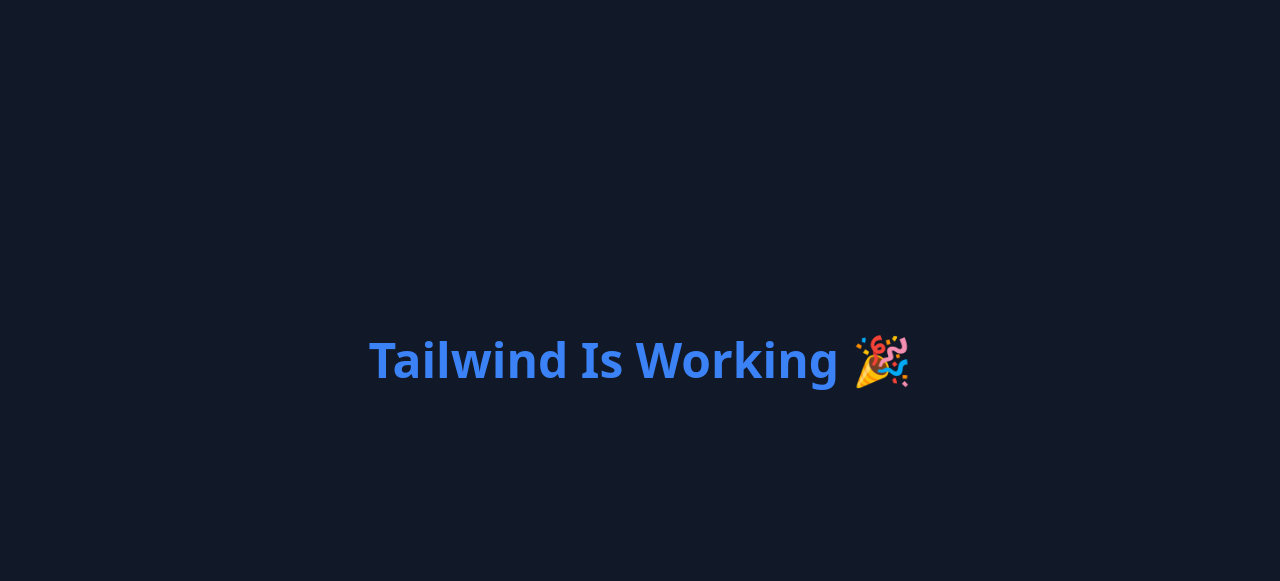
Repository: namandubey-0209/Todo
Page: /login (app in frontend/)
An editor plug-in stored every save of this project. The page is shown before and after a run of saves, followed by the edit.
The browser window is 1280 px wide. The pictures show the whole page.
The page's requests for data from a server got no answer. The project was rebuilt for these pictures with package versions that can differ from the ones it lists, and the page was loaded fresh each time. No one was signed in, and anything a server would have sent is missing. Also part of the build but not shown: frontend/vite.config.js, frontend/src/api/todos.js, frontend/src/hooks/useTodos.js, frontend/src/components/todos/TodoForm.jsx, frontend/src/components/todos/TodoItem.jsx, frontend/src/components/todos/TodoList.jsx, frontend/src/pages/Dashboard.jsx, frontend/src/pages/Register.jsx and 1 more.

Above is the page before, as saved 2025-04-06 23:58:49.

### frontend/index.html
<!doctype html>
<html lang="en">
  <head>
    <meta charset="UTF-8" />
    <link rel="icon" type="image/svg+xml" href="/vite.svg" />
    <meta name="viewport" content="width=device-width, initial-scale=1.0" />
    <title>Todo App</title>

    <!-- Fonts and Icons -->
    <link rel="preconnect" href="https://fonts.googleapis.com" />
    <link rel="preconnect" href="https://fonts.gstatic.com" crossorigin />
    <link
      href="https://fonts.googleapis.com/css2?family=Inter:wght@100..900&family=Press+Start+2P&display=swap"
      rel="stylesheet"
    />
    <link
      rel="stylesheet"
      href="https://cdnjs.cloudflare.com/ajax/libs/font-awesome/6.7.2/css/all.min.css"
      integrity="sha512-Evv84Mr4kqVGRNSgIGL/F/aIDqQb7xQ2vcrdIwxfjThSH8CSR7PBEakCr51Ck+w+/U6swU2Im1vVX0SVk9ABhg=="
      crossorigin="anonymous"
      referrerpolicy="no-referrer"
    />
  </head>
  <body class="bg-gray-100 text-gray-900"> <!-- just a test tailwind class -->
    <div id="root"></div>
    <script type="module" src="/src/main.jsx"></script>
  </body>
</html>

### frontend/src/App.jsx
import { BrowserRouter, Routes, Route } from 'react-router-dom'
import { AuthProvider } from './context/AuthContext'
import Dashboard from './pages/Dashboard'
import Login from './pages/Login'
import Register from './pages/Register'
import ProtectedRoute from './pages/ProtectedRoute'

export default function App() {
  return (
    <div className="min-h-screen bg-gray-900 text-white flex items-center justify-center">
    <h1 className="text-5xl font-bold text-blue-500">Tailwind Is Working 🎉</h1>
  </div>
    // <AuthProvider>
    //   <BrowserRouter>
    //     <Routes>
    //       <Route path="/login" element={<Login />} />
    //       <Route path="/register" element={<Register />} />
    //       <Route element={<ProtectedRoute />}>
    //         <Route path="/" element={<Dashboard />} />
    //       </Route>
    //     </Routes>
    //   </BrowserRouter>
    // </AuthProvider>
  )
}

### frontend/tailwind.config.js
/** @type {import('tailwindcss').Config} */
export default {
    content: [
      "./index.html",
      "./src/**/*.{js,jsx,ts,tsx}",
    ],
    theme: {
      extend: {},
    },
    plugins: [],
  };

### frontend/src/context/AuthContext.jsx
import { createContext, useState } from 'react';
import { login as apiLogin, register as apiRegister } from '../api/auth';

export const AuthContext = createContext();

export const AuthProvider = ({ children }) => {
  const [user, setUser] = useState(null);
  const [token, setToken] = useState(localStorage.getItem('token'));

  const login = async (email, password) => {
    try {
      const { data } = await apiLogin({ email, password }); // Make sure this matches your API response
      localStorage.setItem('token', data.token);
      setToken(data.token);
      setUser(data.user);
      return data; // Return the data for handling in the component
    } catch (error) {
      console.error('Login failed:', error);
      throw error; // Re-throw to handle in the component
    }
  };
  const register = async (username, email, password) => {
    const { token, user } = await apiRegister({ username, email, password });
    localStorage.setItem('token', token);
    setToken(token);
    setUser(user);
  };

  const logout = () => {
    localStorage.removeItem('token');
    setToken(null);
    setUser(null);
  };

  return (
    <AuthContext.Provider value={{ user, token, login, register, logout }}>
      {children}
    </AuthContext.Provider>
  );
};

### frontend/src/pages/Login.jsx
import { useState } from 'react';
import { useAuth } from '../hooks/useAuth';
import { useNavigate } from 'react-router-dom'; // Add this import
import AuthForm from '../components/auth/AuthForm';
import AuthToggle from '../components/auth/AuthToggle';

export default function Login() {
  const { login } = useAuth();
  const [error, setError] = useState('');
  const navigate = useNavigate(); // Add this hook

  const handleLogin = async (email, password) => {
    try {
      await login(email, password);
      navigate('/'); // Add this redirect after successful login
    } catch (err) {
      setError('Invalid email or password');
      console.error('Login error:', err); // Add error logging
    }
  };

  return (
    <div className="min-h-screen flex items-center justify-center bg-gray-50">
      <div className="bg-white p-8 rounded shadow-md w-full max-w-md">
        <h1 className="text-2xl font-bold mb-6 text-center">Login</h1>
        <AuthForm isLogin onSubmit={handleLogin} error={error} />
        <AuthToggle isLogin />
      </div>
    </div>
  );
}

### frontend/src/api/auth.js
import api from './axios'

export const register = (userData) => api.post('/auth/register', userData)
export const login = (credentials) => api.post('/auth/login', credentials)
export const logout = () => localStorage.removeItem('token')

### frontend/src/components/auth/AuthForm.jsx
import { useState } from 'react'

export default function AuthForm({ isLogin, onSubmit, error }) {
  const [formData, setFormData] = useState({
    username: '',
    email: '',
    password: ''
  })

  const handleSubmit = (e) => {
    e.preventDefault()
    if (isLogin) {
      onSubmit(formData.email, formData.password)
    } else {
      onSubmit(formData.username, formData.email, formData.password)
    }
  }

  return (
    <form onSubmit={handleSubmit} className="space-y-4">
      {!isLogin && (
        <div>
          <label className="block text-sm font-medium text-gray-700">Username</label>
          <input
            type="text"
            placeholder="Enter username"
            value={formData.username}
            onChange={(e) => setFormData({...formData, username: e.target.value})}
            className="mt-1 block w-full px-3 py-2 border border-gray-300 rounded-md shadow-sm focus:outline-none focus:ring-blue-500 focus:border-blue-500"
            required
          />
        </div>
      )}

      <div>
        <label className="block text-sm font-medium text-gray-700">Email</label>
        <input
          type="email"
          placeholder="Enter email"
          value={formData.email}
          onChange={(e) => setFormData({...formData, email: e.target.value})}
          className="mt-1 block w-full px-3 py-2 border border-gray-300 rounded-md shadow-sm focus:outline-none focus:ring-blue-500 focus:border-blue-500"
          required
        />
      </div>

      <div>
        <label className="block text-sm font-medium text-gray-700">Password</label>
        <input
          type="password"
          placeholder="Enter password"
          value={formData.password}
          onChange={(e) => setFormData({...formData, password: e.target.value})}
          className="mt-1 block w-full px-3 py-2 border border-gray-300 rounded-md shadow-sm focus:outline-none focus:ring-blue-500 focus:border-blue-500"
          required
        />
      </div>

      {error && <p className="text-red-500 text-sm">{error}</p>}

      <button
        type="submit"
        className="w-full flex justify-center py-2 px-4 border border-transparent rounded-md shadow-sm text-sm font-medium text-white bg-blue-600 hover:bg-blue-700 focus:outline-none focus:ring-2 focus:ring-offset-2 focus:ring-blue-500"
      >
        {isLogin ? 'Sign in' : 'Register'}
      </button>
    </form>
  )
}

### frontend/src/components/auth/AuthToggle.jsx
import { Link } from 'react-router-dom'

export default function AuthToggle({ isLogin }) {
  return (
    <p className="mt-4 text-center text-sm text-gray-600">
      {isLogin ? (
        <>Don't have an account? <Link to="/register" className="font-medium text-blue-600 hover:text-blue-500">Register</Link></>
      ) : (
        <>Already have an account? <Link to="/login" className="font-medium text-blue-600 hover:text-blue-500">Login</Link></>
      )}
    </p>
  )
}

### frontend/src/api/axios.js
import axios from 'axios'

const api = axios.create({
  baseURL: import.meta.env.VITE_API_URL || 'http://localhost:5000/api'
})

api.interceptors.request.use(config => {
  const token = localStorage.getItem('token')
  if (token) config.headers.Authorization = `Bearer ${token}`
  return config
})

api.interceptors.response.use(
  response => response,
  error => {
    if (error.response?.status === 401) {
      localStorage.removeItem('token')
      window.location.href = '/login'
    }
    return Promise.reject(error)
  }
)

export default api

Loaded but not shown: frontend/src/main.jsx (common file); frontend/src/index.css (common file); frontend/src/hooks/useAuth.js (common file)

After the next 2 saves:
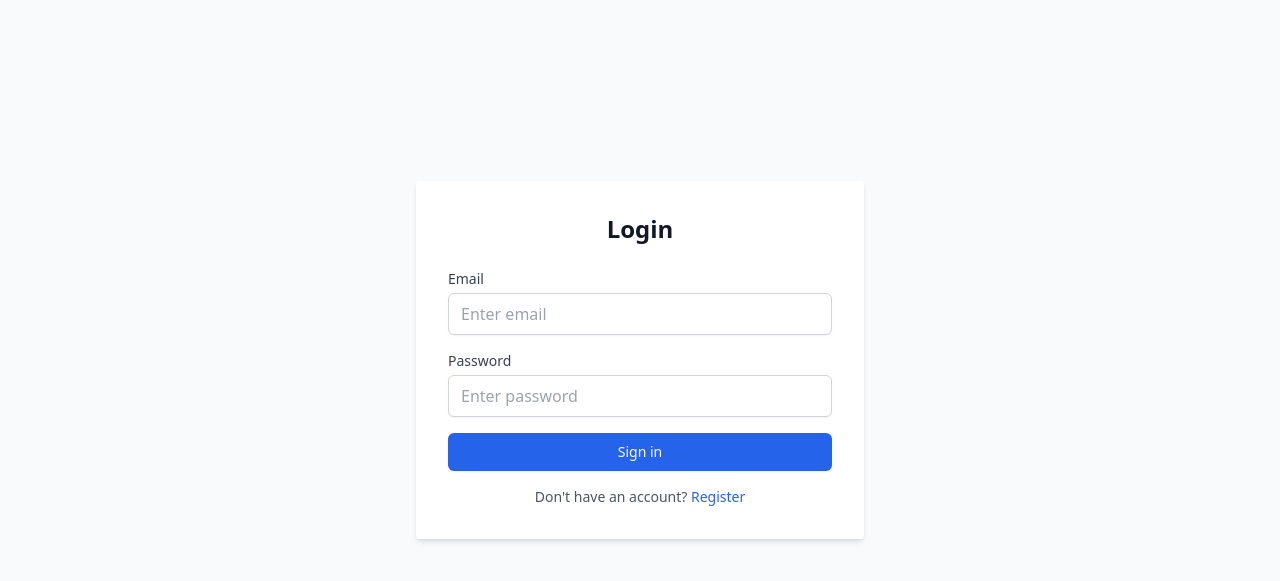
The 2 saves are shown as one change because 1 did not build or start.
The last was saved 83 s later.
--- a/frontend/src/App.jsx
+++ b/frontend/src/App.jsx
@@ -7,19 +7,17 @@
 
 export default function App() {
   return (
-    <div className="min-h-screen bg-gray-900 text-white flex items-center justify-center">
-    <h1 className="text-5xl font-bold text-blue-500">Tailwind Is Working 🎉</h1>
-  </div>
-    // <AuthProvider>
-    //   <BrowserRouter>
-    //     <Routes>
-    //       <Route path="/login" element={<Login />} />
-    //       <Route path="/register" element={<Register />} />
-    //       <Route element={<ProtectedRoute />}>
-    //         <Route path="/" element={<Dashboard />} />
-    //       </Route>
-    //     </Routes>
-    //   </BrowserRouter>
-    // </AuthProvider>
+
+    <AuthProvider>
+      <BrowserRouter>
+        <Routes>
+          <Route path="/login" element={<Login />} />
+          <Route path="/register" element={<Register />} />
+          <Route element={<ProtectedRoute />}>
+            <Route path="/" element={<Dashboard />} />
+          </Route>
+        </Routes>
+      </BrowserRouter>
+    </AuthProvider>
   )
 }
